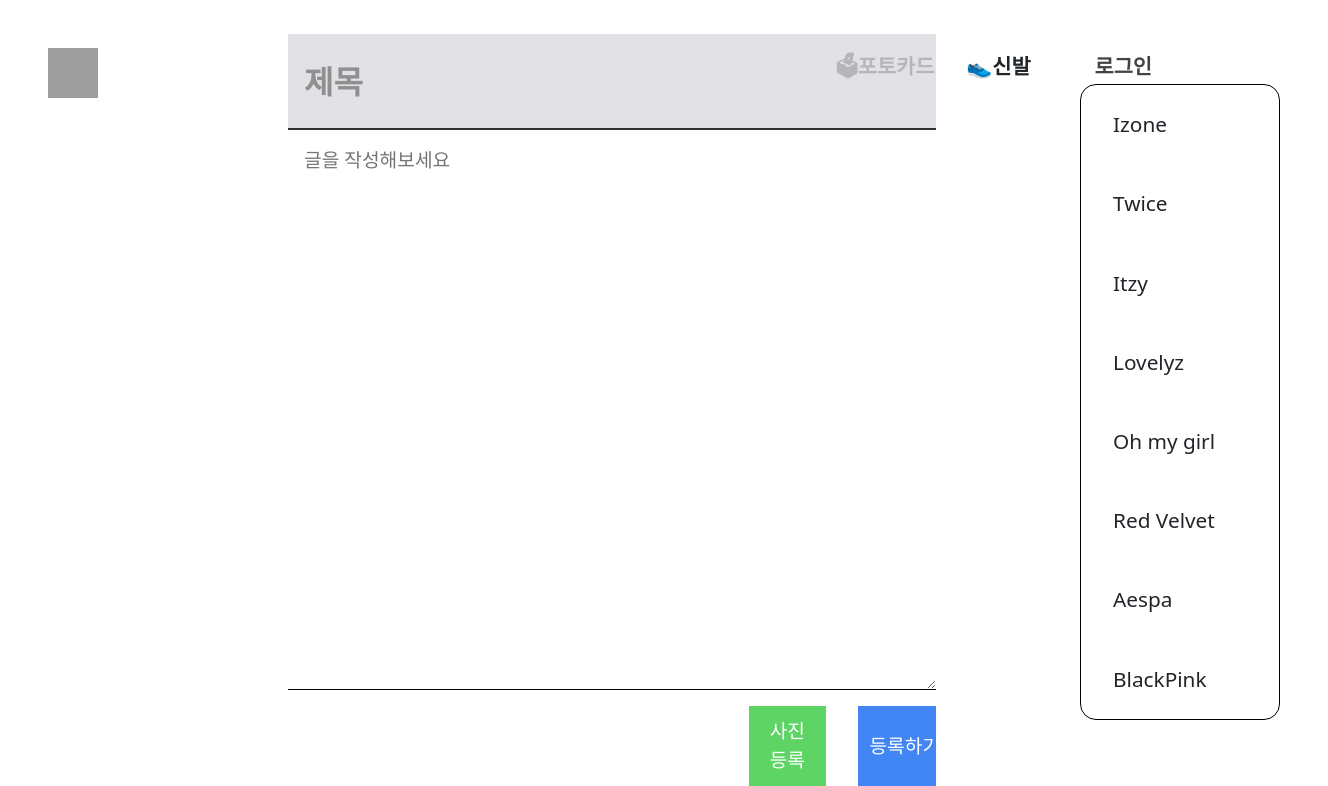
Repository: hwangstar156/goods-trader
Page: /write
These files come from the project's save history. The page is drawn as it stood at one moment and after the next save; the edit follows.
The browser window is 1280 px wide. The page is 1328 px wide, so the pictures cover 1328 px, including what lies to the right of the window. The pictures show the whole page.
Pictures or frames that could not be fetched are drawn as grey boxes. Some web libraries are served in a nearby version. The project was rebuilt for these pictures with package versions that can differ from the ones it lists, and the page was loaded fresh each time. Also part of the build but not shown: src/App.css, src/component/sign-up/sign-up.component.jsx, src/component/sign-in/sign-in.styles.scss, src/component/sign-in/sign-in.component.jsx, src/component/with-spinner/withSpinner.styles.scss, src/component/with-spinner/withSpinner.component.jsx, src/pages/userprofile/userprofile.styles.scss, src/pages/userprofile/userprofile.utils.js and 8 more.

Above is the page before, as saved 2021-09-05 17:05:54.

After the next save:
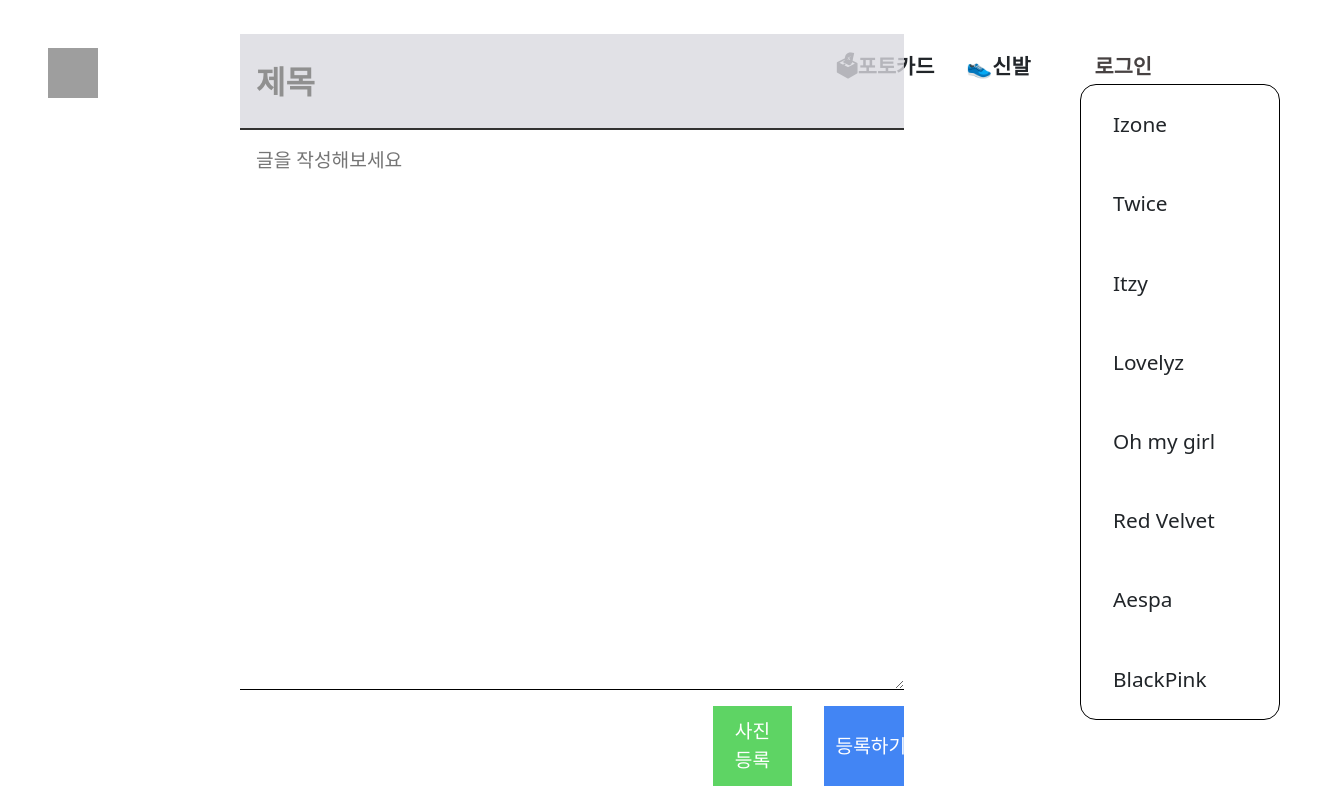
Saved 8 s later.
--- a/src/pages/write/write.styles.scss
+++ b/src/pages/write/write.styles.scss
@@ -9,8 +9,8 @@
   & .inputs-form {
     display: flex;
     flex-direction: column;
-    margin-left: 18rem;
-    margin-right: 4rem;
+    margin-left: 15rem;
+    margin-right: 6rem;
     width: 900px;
     & .head-input {
       height: 6rem;
